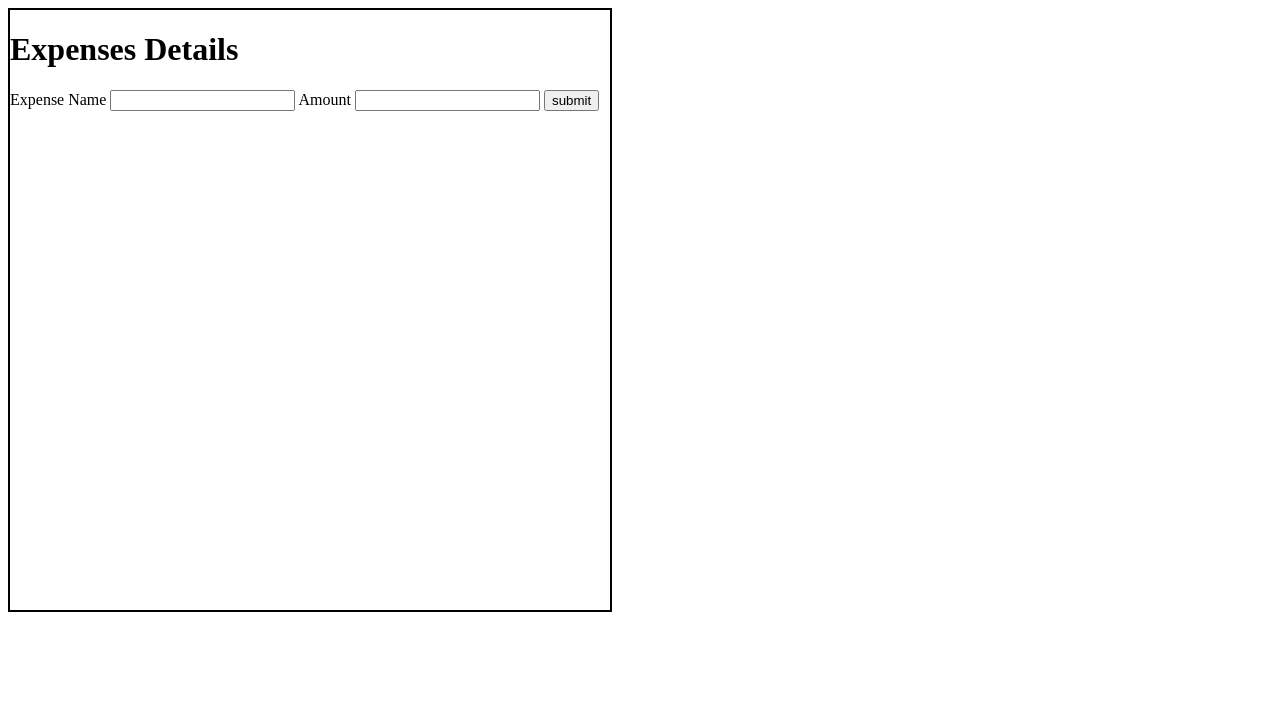
Repository: sarthak-tyagi123/expensetracker12
Page: http://localhost/
These files come from the project's save history. The page is drawn as it stood at one moment and after a run of saves; the edit follows.
The browser window is 1280 px wide. The pictures show the whole page.
The page is served by the project's Node server (app.js).

Above is the page before, as saved 2025-06-20 23:54:40.

After the next 2 saves:
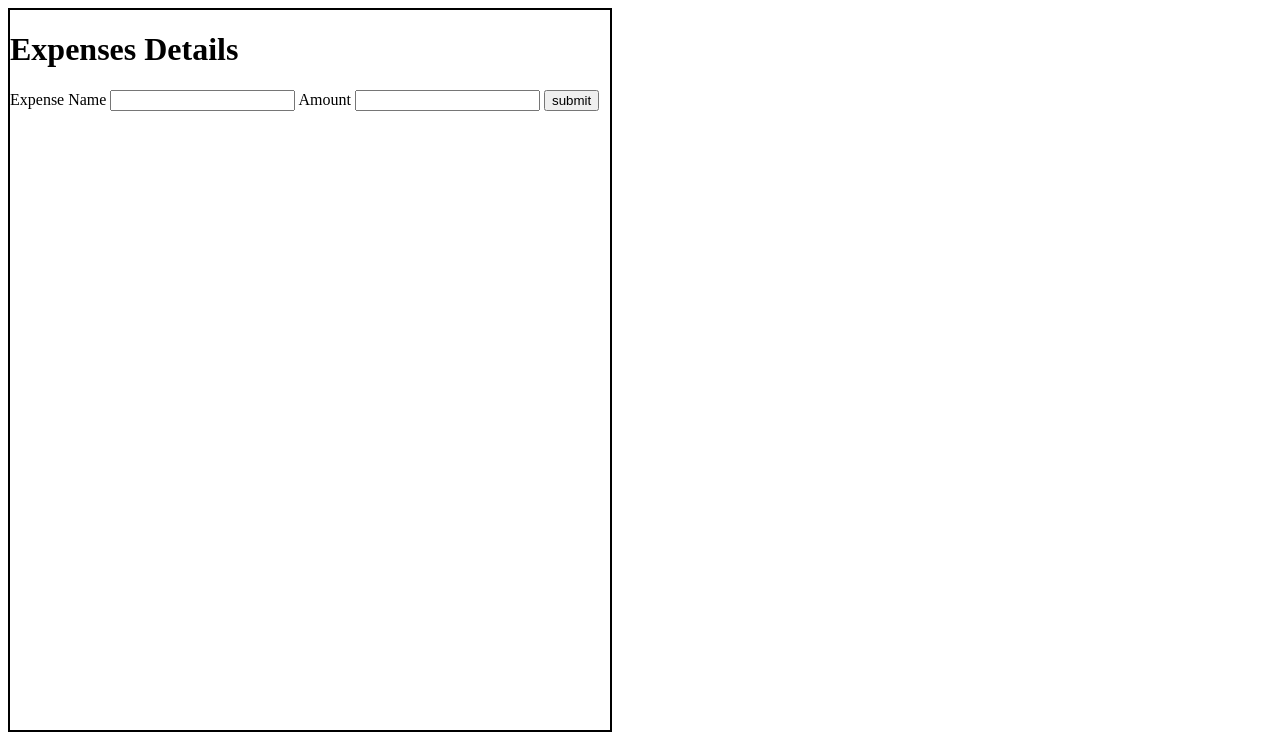
The 2 saves are shown as one change because they came seconds apart.
The last was saved 8 s later.
--- a/views/1.ejs
+++ b/views/1.ejs
@@ -6,7 +6,7 @@
     <title>Expense Tracker</title>
     <style>
        .container{
-             height: 600px;
+             height:100vh;
              width: 600px;
              border:2px solid  black;
              justify-content: center;
